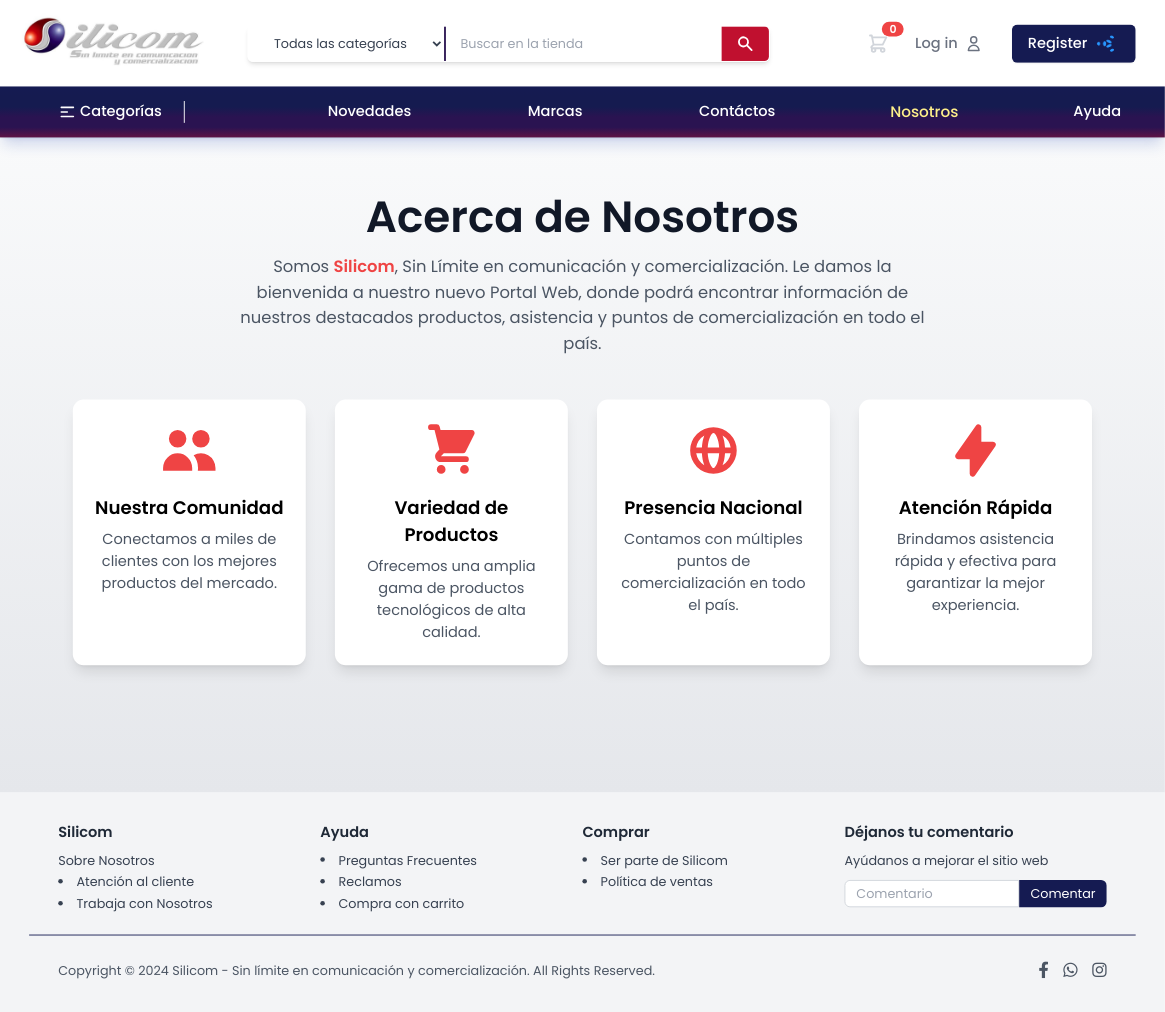
Repository: Francovg18/ecommerce
Page: /about
The author's editor kept a copy of each file at every save. The page is drawn from the files as they stood at one save, then again after the next save.
The browser window is 1280 px wide. The pictures show the whole page, at 91% of full size.
The page's requests for data from a server got no answer. The project was rebuilt for these pictures with package versions that can differ from the ones it lists, and the page was loaded fresh each time. No one was signed in, and anything a server would have sent is missing. Also part of the build but not shown: src/components/home/Banner.js, src/components/home/ProductsArrival.js, src/components/home/ProductsSold.js, src/redux/actions/brands.js, src/components/home/Brand.js, src/components/home/Product.js, src/containers/Home.jsx, src/containers/errors/Error404.jsx and 40 more.

Above is the page before, as saved 2025-01-29 20:22:26.

After the next save:
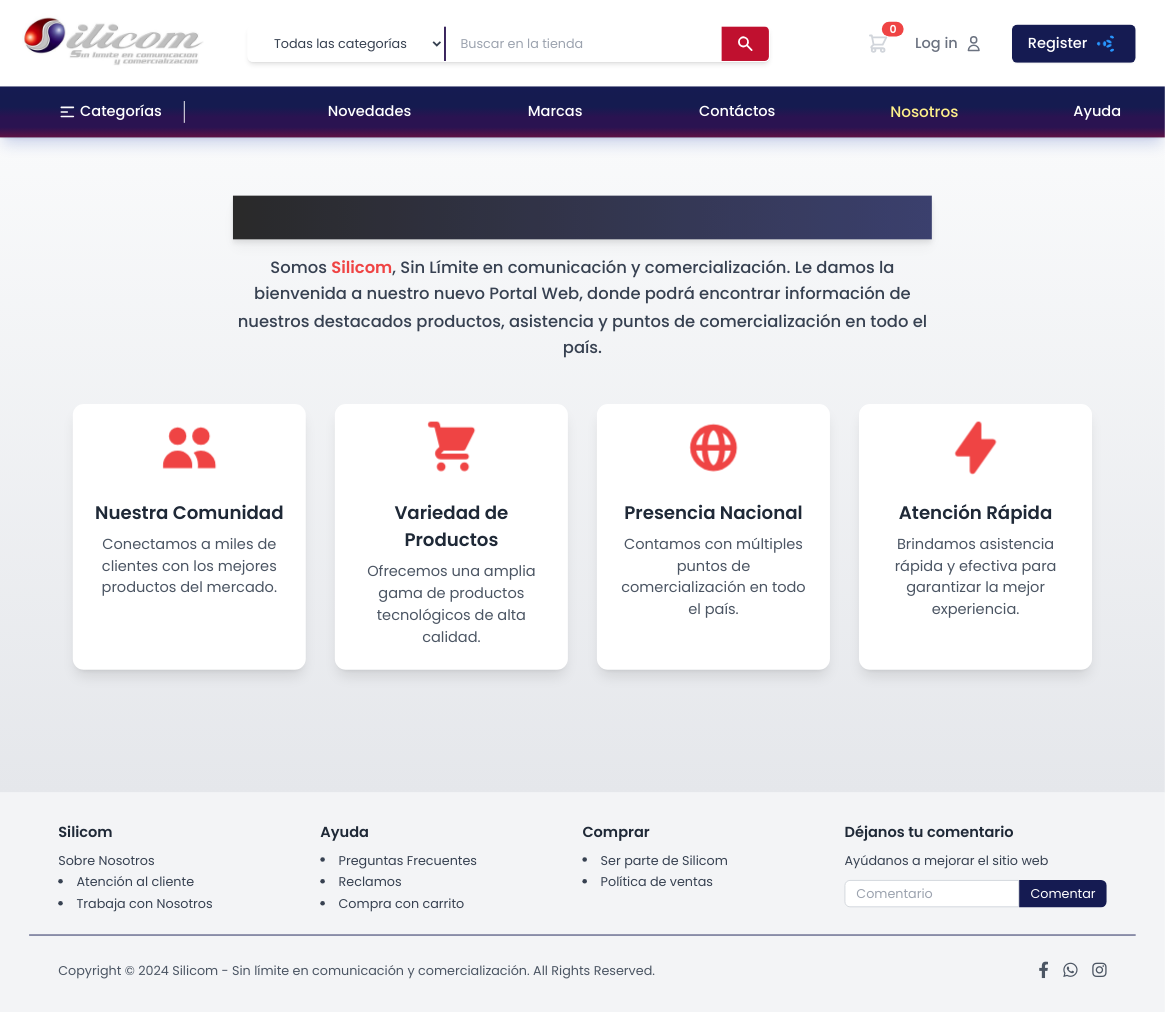
Saved 39 s later.
--- a/src/containers/pages/About.jsx
+++ b/src/containers/pages/About.jsx
@@ -7,37 +7,28 @@ function About() {
     <Layout>
       <div className="bg-gradient-to-b from-gray-50 to-gray-200 min-h-screen py-16 px-6 sm:px-12 lg:px-20">
         <div className="text-center max-w-3xl mx-auto">
-          <h1 className="text-5xl font-extrabold text-gray-900">Acerca de Nosotros</h1>
-          <p className="mt-4 text-lg text-gray-600">
-            Somos <span className="text-red-500 font-semibold">Silicom</span>, Sin Límite en comunicación y comercialización. Le damos la bienvenida a nuestro nuevo Portal Web,
+          <h1 className="text-5xl font-extrabold bg-gradient-to-r from-black to-midnight-blue  text-transparent drop-shadow-lg animate-pulse">
+            Acerca de Nosotros
+          </h1>
+          <p className="mt-4 text-lg text-gray-700 font-medium leading-relaxed animate-fade-in">
+            Somos <span className="text-red-500 font-bold">Silicom</span>, Sin Límite en comunicación y comercialización. Le damos la bienvenida a nuestro nuevo Portal Web,
             donde podrá encontrar información de nuestros destacados productos, asistencia y puntos de comercialización en todo el país.
           </p>
         </div>
 
         <div className="mt-12 grid grid-cols-1 md:grid-cols-2 lg:grid-cols-4 gap-8">
-          <div className="bg-white p-6 rounded-xl shadow-lg text-center">
-            <UsersIcon className="w-16 h-16 text-red-500 mx-auto" />
-            <h3 className="text-xl font-semibold mt-4">Nuestra Comunidad</h3>
-            <p className="text-gray-600 mt-2">Conectamos a miles de clientes con los mejores productos del mercado.</p>
-          </div>
-
-          <div className="bg-white p-6 rounded-xl shadow-lg text-center">
-            <ShoppingCartIcon className="w-16 h-16 text-red-500 mx-auto" />
-            <h3 className="text-xl font-semibold mt-4">Variedad de Productos</h3>
-            <p className="text-gray-600 mt-2">Ofrecemos una amplia gama de productos tecnológicos de alta calidad.</p>
-          </div>
-
-          <div className="bg-white p-6 rounded-xl shadow-lg text-center">
-            <GlobeAltIcon className="w-16 h-16 text-red-500 mx-auto" />
-            <h3 className="text-xl font-semibold mt-4">Presencia Nacional</h3>
-            <p className="text-gray-600 mt-2">Contamos con múltiples puntos de comercialización en todo el país.</p>
-          </div>
-
-          <div className="bg-white p-6 rounded-xl shadow-lg text-center">
-            <LightningBoltIcon className="w-16 h-16 text-red-500 mx-auto" />
-            <h3 className="text-xl font-semibold mt-4">Atención Rápida</h3>
-            <p className="text-gray-600 mt-2">Brindamos asistencia rápida y efectiva para garantizar la mejor experiencia.</p>
-          </div>
+          {[
+            { icon: UsersIcon, title: "Nuestra Comunidad", text: "Conectamos a miles de clientes con los mejores productos del mercado." },
+            { icon: ShoppingCartIcon, title: "Variedad de Productos", text: "Ofrecemos una amplia gama de productos tecnológicos de alta calidad." },
+            { icon: GlobeAltIcon, title: "Presencia Nacional", text: "Contamos con múltiples puntos de comercialización en todo el país." },
+            { icon: LightningBoltIcon, title: "Atención Rápida", text: "Brindamos asistencia rápida y efectiva para garantizar la mejor experiencia." }
+          ].map((item, index) => (
+            <div key={index} className="bg-white p-6 rounded-xl shadow-lg text-center transition-transform transform hover:scale-105 hover:shadow-2xl">
+              <item.icon className="w-16 h-16 text-red-500 mx-auto animate-bounce" />
+              <h3 className="text-xl font-semibold mt-4 text-gray-800">{item.title}</h3>
+              <p className="text-gray-600 mt-2">{item.text}</p>
+            </div>
+          ))}
         </div>
       </div>
     </Layout>
